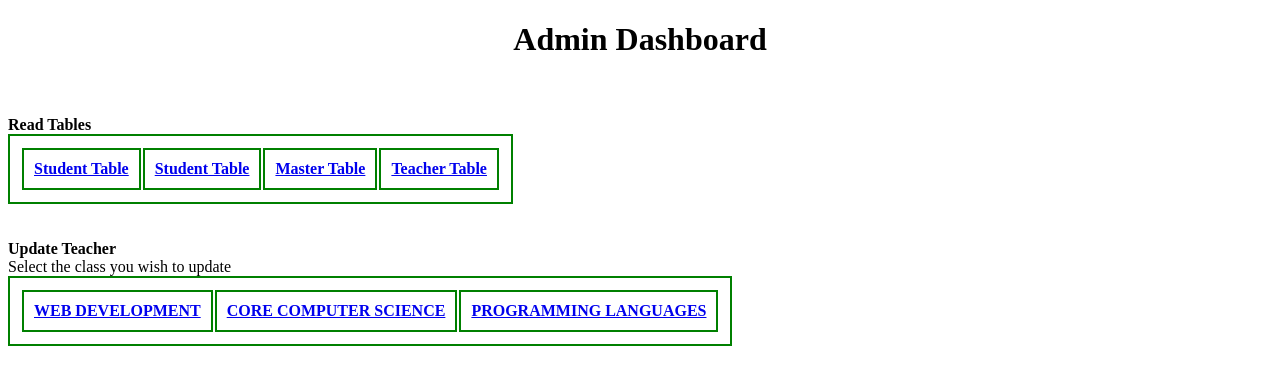
Repository: PrassanAchhaiyya/LearnersAcademy
Page: LearnersAcademy/src/main/webapp/index.html
An editor plug-in stored every save of this project. The page is shown before and after the next save, followed by the edit.
The browser window is 1280 px wide. The pictures show the whole page.

Above is the page before, as saved 2022-04-27 23:16:35.

After the next save:
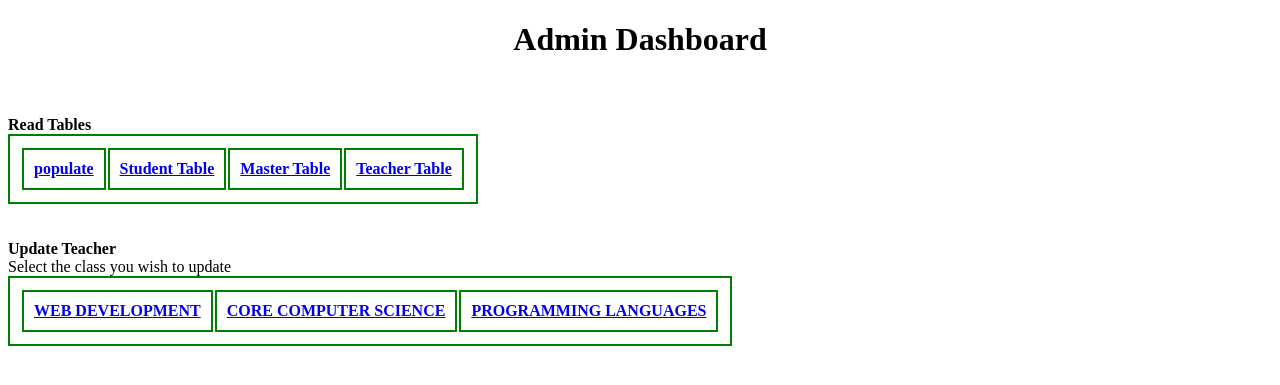
Saved 3 s later.
--- a/LearnersAcademy/src/main/webapp/index.html
+++ b/LearnersAcademy/src/main/webapp/index.html
@@ -13,7 +13,7 @@
 <br>
 <table>
 <tr>
-<th><a href="populate" >Student Table</a></th>
+<th><a href="populate" >populate</a></th>
 <th><a href="read-student-table" >Student Table</a></th>
 <th><a href="read-master-table">Master Table</a></th>
 <th><a href="read-teacher-table">Teacher Table</a></th>
